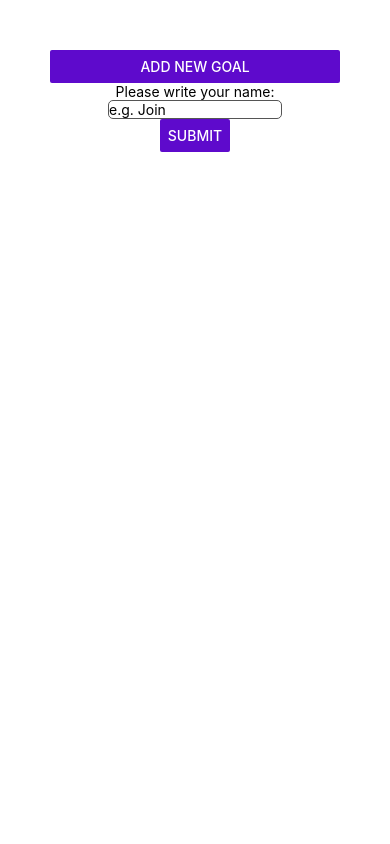
Repository: ntu34543/React-Native-Example1
Screen: /
The author's editor kept a copy of each file at every save. The screen is drawn from the files as they stood at one save, then again after the next save.
The app was drawn by React Native's web renderer in a window 390 px wide. The project was rebuilt for these pictures with package versions that can differ from the ones it lists, and the page was loaded fresh each time. Also part of the build but not shown: components/Goalltem.js.

Above is the screen before, as saved 2022-09-12 15:42:57.

After the next save:
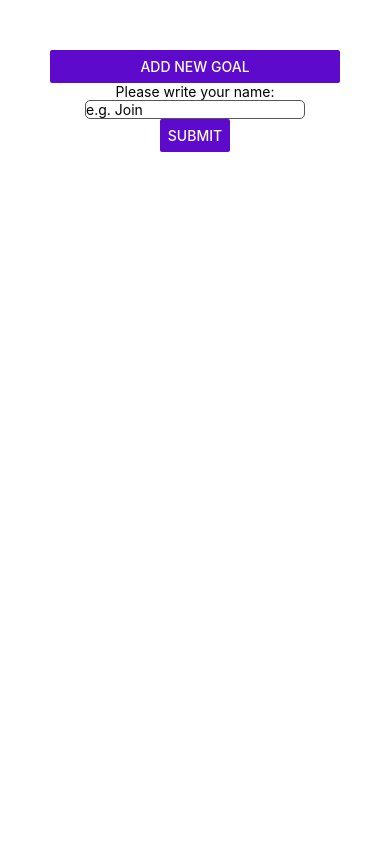
Saved 9 s later.
--- a/App.js
+++ b/App.js
@@ -119,6 +119,6 @@ const styles = StyleSheet.create({
     borderWidth: 1,
     borderColor: "#555",
     borderRadius: 5,
-    width: "60%",
+    width: "200",
   },
 });
